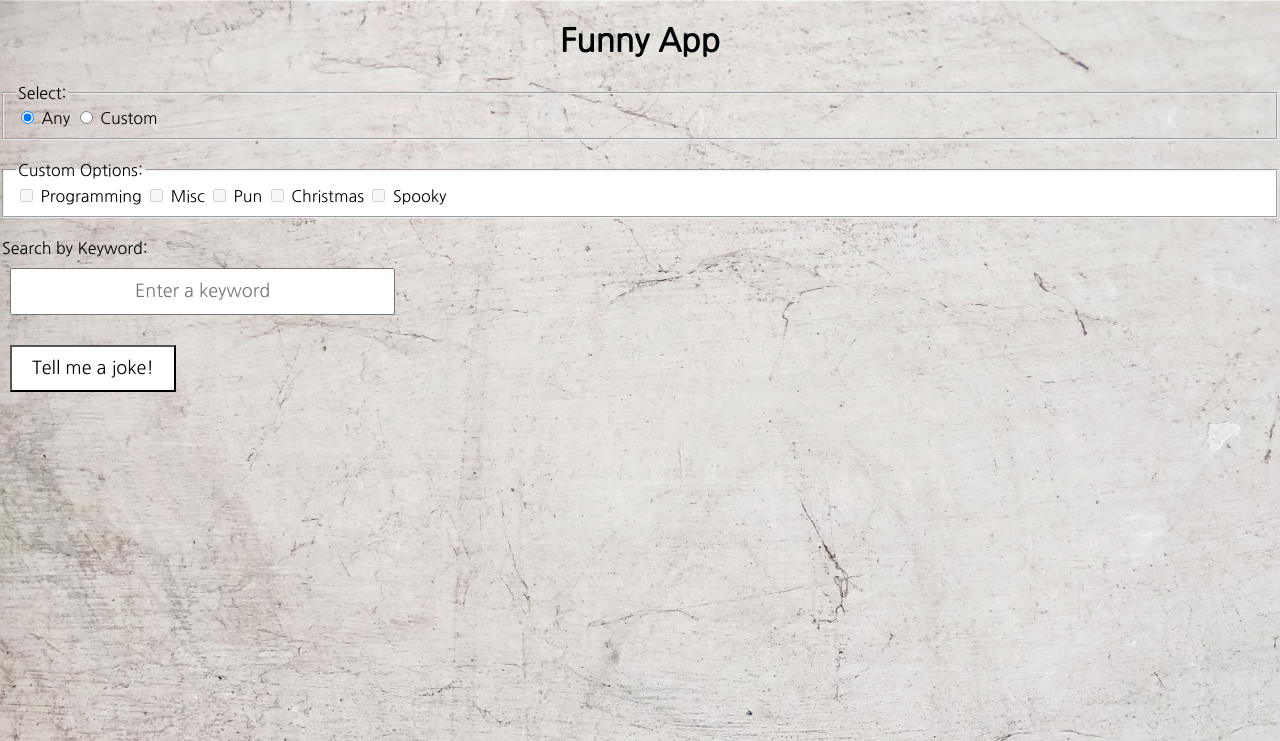
Repository: kaitlynMidori/dadJokeApi
Page: index.html
An editor plug-in stored every save of this project. The page is shown before and after the next save, followed by the edit.
The browser window is 1280 px wide. The pictures show the whole page.
Some web libraries are served in a nearby version.

Above is the page before, as saved 2021-01-08 12:12:16.

### index.html
<!DOCTYPE html>
<html lang="en">
<head>
    <meta charset="UTF-8">
    <meta name="viewport" content="width=device-width, initial-scale=1.0">
    <title>Joke App</title>
    <link href="style.css" rel="stylesheet" type="text/css" />
    <link rel="preconnect" href="https://fonts.gstatic.com">
    <link href="https://fonts.googleapis.com/css2?family=Nanum+Gothic&display=swap" rel="stylesheet">

</head>
<body>
    <div id="container">
        <header>
            <h1>Funny App</h1>
        </header>

        <fieldset>
            <legend>Select:</legend>
                <div id="form-check">
                    <input type="radio"  id="any" name="type" value="Any" checked>
                    <label for="any">Any</label>

                    <input type="radio"  id="custom" name="type" value="Custom">
                    <label for="custom">Custom</label>
                </div>
        </fieldset>

        <br>

        <fieldset id="options" disabled>
            <legend>Custom Options:</legend>
                <div id="form-check form-check-inline">
                    <input type="checkbox" id="coding" name="category" value="Programming">
                    <label for="coding">Programming</label>

                    <input type="checkbox" id="misc" name="category" value="Miscellaneous">
                    <label for="misc">Misc</label>

                    <input type="checkbox" id="pun" name="category" value="Pun">
                    <label for="pun">Pun</label>

                    <input type="checkbox" id="chris" name="category" value="Christmas">
                    <label for="chris">Christmas</label>

                    <!-- <input type="checkbox" id="dark" name="category" value="dark">
                    <label for="dark">Dark</label> -->

                    <input type="checkbox" id="spooky" name="category" value="spooky">
                    <label for="spooky">Spooky</label>
                </div>
        </fieldset>

        <br>

            <form>
                <legend>Search by Keyword:</legend>
                <input type="form-control" placeholder="Enter a keyword" id="keyword">
            </form>

            <br>

            <button type="submit" id="submit button">Tell me a joke!</button>
            <div id="result"></div>
    </div>

    <script src="https://code.jquery.com/jquery-3.2.1.min.js"
          integrity="sha256-hwg4gsxgFZhOsEEamdOYGBf13FyQuiTwlAQgxVSNgt4="
          crossorigin="anonymous"></script>
    <script src="app.js"></script>
</body>
</html>

### style.css
body{
    margin: 0;
    background: cover;
    background-size: cover;
    background-repeat: no-repeat;
    background-image: url("screenshots/white-teal backdrop.jpg");
    /* background-image: linear-gradient(120deg, #a1c4fd 0%, #c2e9fb 100%); */
    min-height: 100vh;
}

* {
    font-family: 'Nanum Gothic', sans-serif;
    color: black;
}

header {
    width: 100%;
    margin-top: 5px;
    justify-content: center;
}

h1 {
    text-align: center;
}

button{
    background-color: white;
    margin-top: 10px;
    margin-left: 10px;
    height: auto;
    font-size: 18px;
    font-weight: 500;
    text-align: center;
    color: black;
    cursor: pointer;
    margin-bottom: 0;
    /* border-radius: 3px; */
    padding: 10px 20px;
}

#keyword {
    margin-top: 10px;
    margin-left: 10px;
    height: auto;
    font-size: 18px;
    font-weight: 500;
    text-align: center;
    color: black;
    cursor: pointer;
    margin-bottom: 0;
    /* border-radius: 3px; */
    padding: 10px 20px;
}

#options{
    background-color: white;
}

### app.js
//declare 'option', 'custom', 'any' element id's
let option = document.getElementById("options");
let custom = document.getElementById("custom");
let any = document.getElementById("any");

//add event listener on click
//if 'any' option checked
//disable options
any.addEventListener("click", (e)=>{
    if(e.target.checked){
        option.disabled = true;
    }
});

//add event listener on click
//if 'custom' option checked
//enable options
custom.addEventListener("click", (e)=>{
    if(e.target.checked){
        option.disabled = false;
    }
});

//declare asyncrynous getJoke
const getJoke = async () => {
    //declare result  = HTML div 'result' element id
    let result = document.getElementById('result');
    //replace result element with empty string
    result.innerHTML = "";
    //declare checkboxes= filter category checkboxes for checked
    let checkboxes = [...document.getElementsByName('category')].filter((checkbox)=>checkbox.checked);
    //declare category as empty string
    let category = "";
    //if 'any' type is checked
    if(any.checked){
        //category = 'any'
        category = "Any";
    }
    //if 'custom' type is checked
    if(custom.checked){
        //category = map to join checked category values
        category = checkboxes.map((c)=>c.value).join();
    }
    //console.log user selected joke category
    console.log(category);
    //declare url = dynamically generate url inserting user selected category
    let url = `https://v2.jokeapi.dev/joke/${category}`;
    // declare keyword = HTML form div 'keyword' element id
    let keyword = document.getElementById("keyword").value;
    //if keyword does not equal empty; dynamically generate url with user keyword input
    if(keyword != ""){
        url = `https://v2.jokeapi.dev/joke/${category}?contains=${keyword}`;
    }
    console.log(url);
    const response = await fetch(url);
    const data = await response.json();
    console.log(data);

    //if JSON data response = API doc response 'single'
    if(data.type == "single"){
        //insert API doc 'joke' into response element
        result.innerHTML = `<h3>${data.joke}</h3>`;
    }
    //if JSON data response = API doc response 'twopart'
    if(data.type == "twopart"){
        //insert API doc 'setup' into response element
        result.innerHTML = `<h3>${data.setup}</h3>`;
        //display 'delivery' after 1 second
        setTimeout(()=>{
            //insert API doc 'delivery' into response element
            result.innerHTML += `<h3>${data.delivery}</h3>`;
        },1000);
    }
}

//declare submit = HTML button 'submit button'
let submit = document.getElementById('submit button');
//upon 'submit', add event listener for 'click and activate 'getJoke'
submit.addEventListener("click", getJoke);

After the next save:
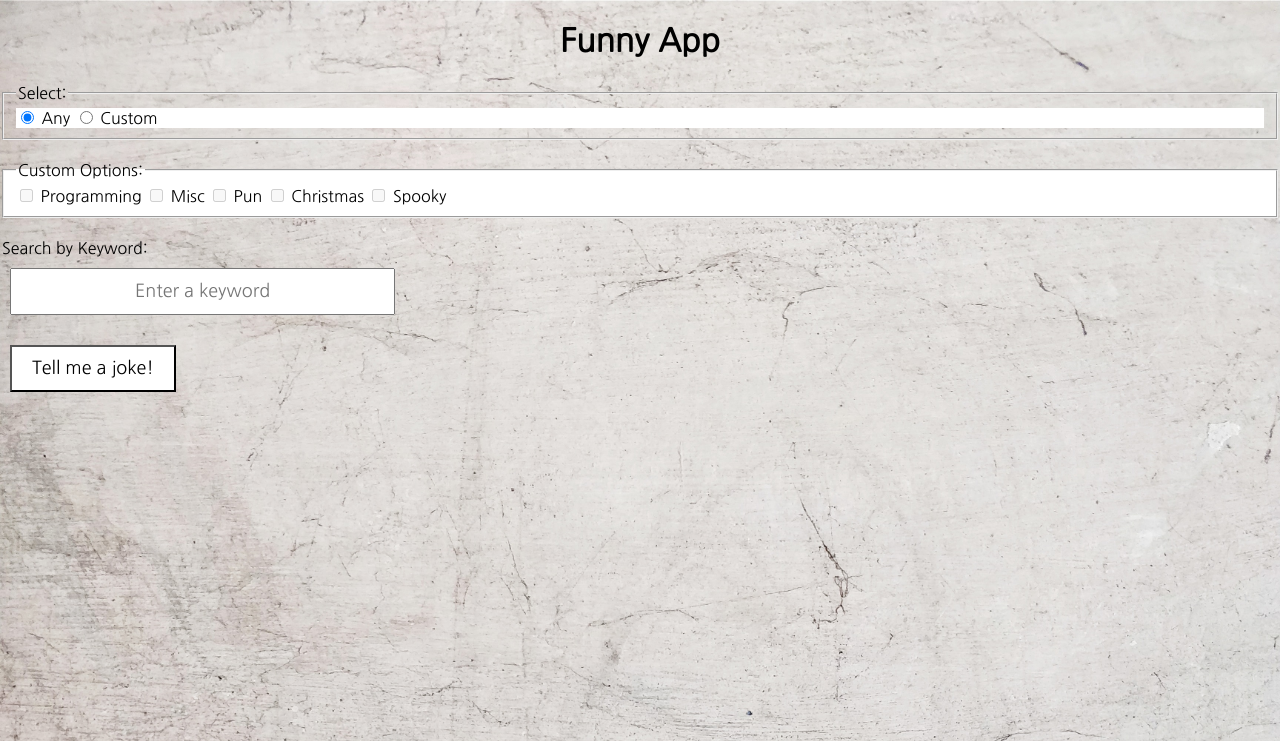
Saved 46 s later.
--- a/style.css
+++ b/style.css
@@ -55,3 +55,7 @@ button{
 #options{
     background-color: white;
 }
+
+#form-check {
+    background-color: white;
+}
